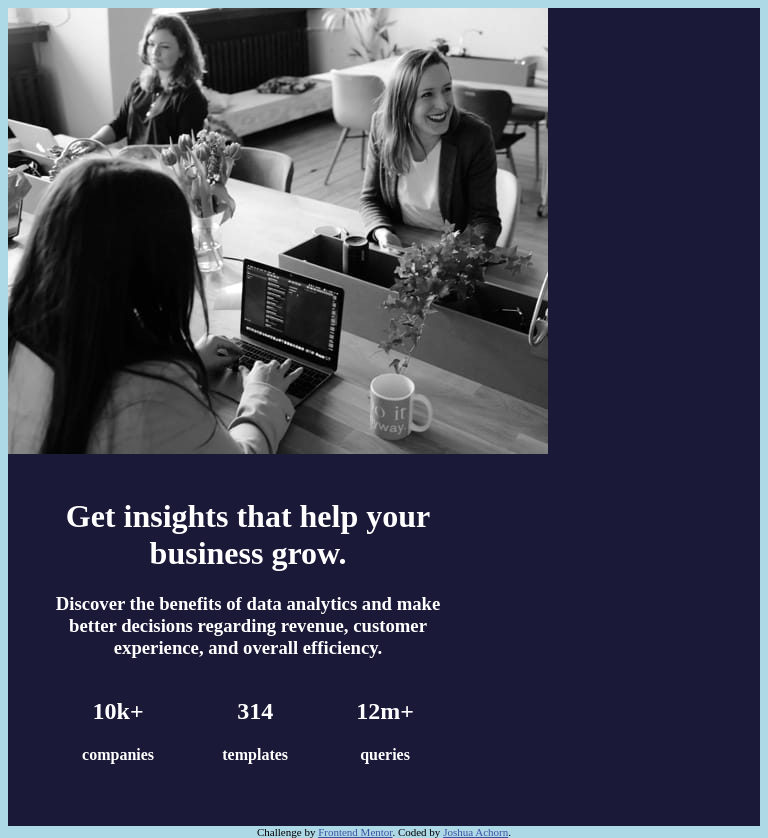
Repository: Achorn/stats-preview-card
Page: index.html
These files come from the project's save history. The page is drawn as it stood at one moment and after the next save; the edit follows.
The browser window is 768 px wide. The pictures show the whole page.

Above is the page before, as saved 2021-06-16 16:47:51.

After the next save:
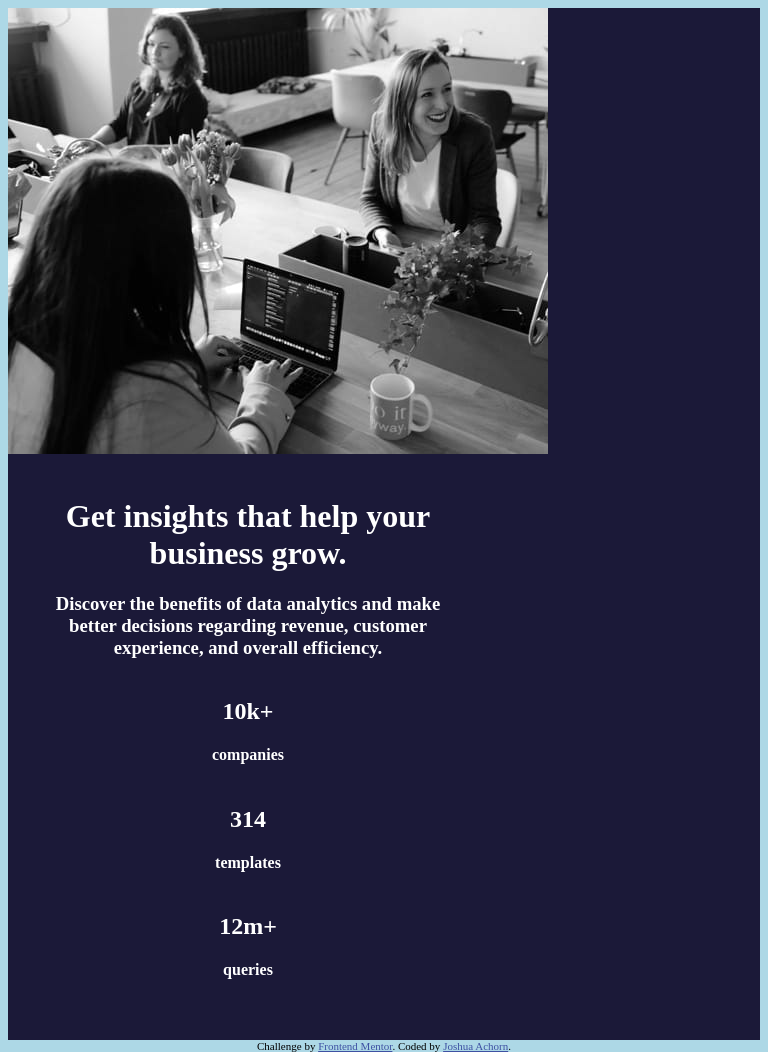
Saved 42 s later.
--- a/styles.css
+++ b/styles.css
@@ -12,9 +12,10 @@ body {
   }
   #text-container {
     text-align: center;
+  }
+  #desc-container {
     flex-direction: column;
   }
-
   #stat-image {
     width: auto;
     height: 100%;
